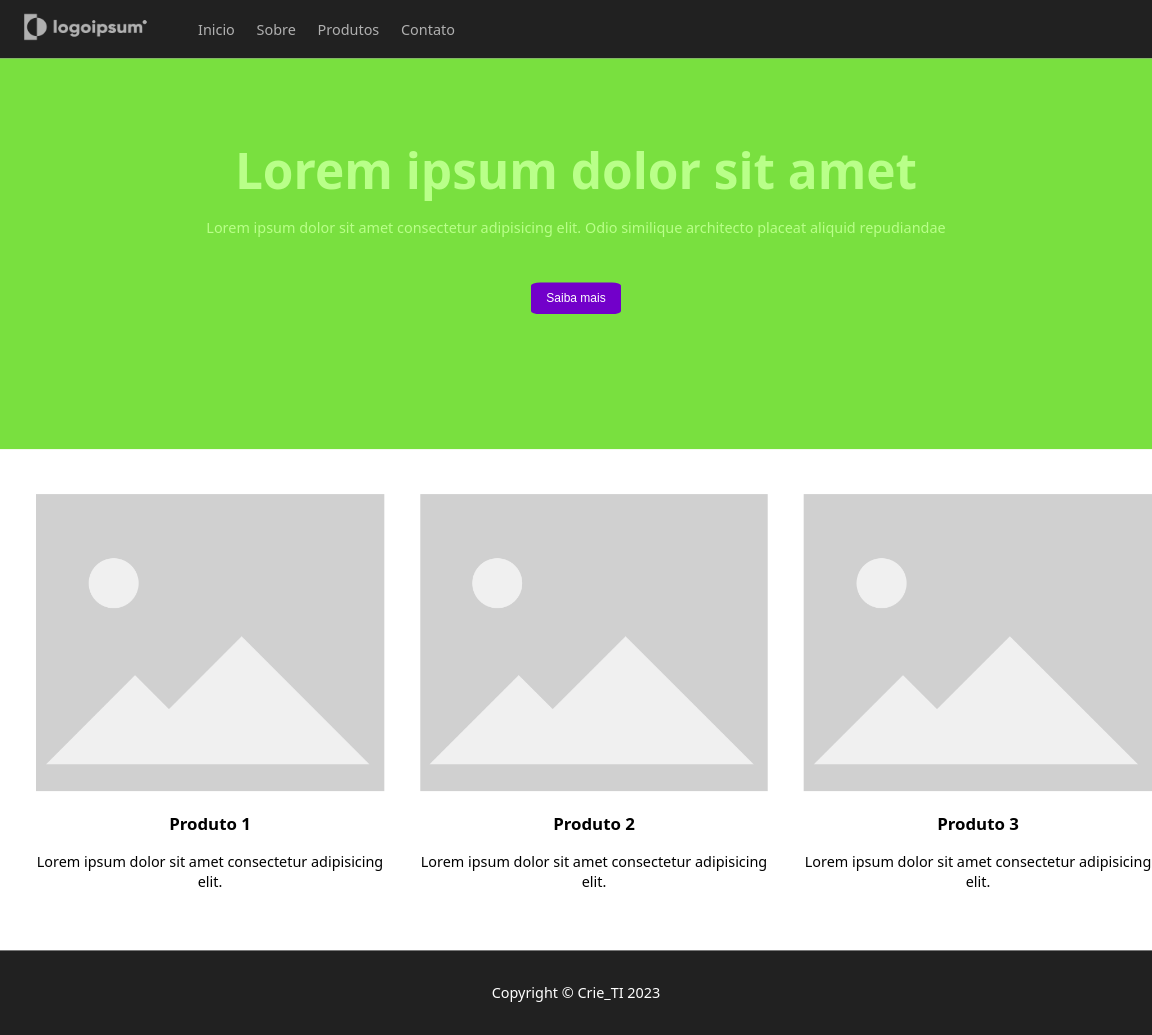
Repository: Carolden/SiteCrie_Ti
Page: index.html
The author's editor kept a copy of each file at every save. The page is drawn from the files as they stood at one save, then again after the next save.
The browser window is 1280 px wide. The pictures show the whole page, at 90% of full size.

Above is the page before, as saved 2023-04-23 21:25:13.

### index.html
<!DOCTYPE html>
<html lang="pt-BR">
<head>
    <meta charset="UTF-8">
    <meta http-equiv="X-UA-Compatible" content="IE=edge">
    <meta name="viewport" content="width=device-width, initial-scale=1.0">
    <title>Document</title>
    <link rel="stylesheet" type="text/css" href="index.css" media="screen" />
</head>
<body>

    <header>
        <div>
            <img src="images/logo.png" alt="logo" class="logo">
        </div>
        <nav>
            <a href="inicio">Inicio</a>
            <a href="sobre">Sobre</a>
            <a href="produtos">Produtos</a>
            <a href="contato">Contato</a>
        </nav>
    </header>

    <main>

    <section class="banner">
        <h1>Lorem ipsum dolor sit amet</h1>
        <p>Lorem ipsum dolor sit amet consectetur adipisicing elit. Odio similique architecto placeat aliquid repudiandae</p>
        <button>Saiba mais</button>
    </section>

    <section class="produtos">
        <div class="row">
            <div class="column">
                <img src="images/placeholder.png" alt="imagem1">
                <h3>Produto 1</h3>
                <p>Lorem ipsum dolor sit amet consectetur adipisicing elit.</p>
            </div>

            <div class="column">
                <img src="images/placeholder.png" alt="imagem2">
                <h3>Produto 2</h3>
                <p>Lorem ipsum dolor sit amet consectetur adipisicing elit.</p>
            </div>

            <div class="column">
                <img src="images/placeholder.png" alt="imagem3">
                <h3>Produto 3</h3>
                <p>Lorem ipsum dolor sit amet consectetur adipisicing elit.</p>
            </div>
        </div>
    </section>

    <footer>
        <div>
            <p> Copyright © Crie_TI 2023</p>
        </div>
    </footer>



    </main>





</body>
</html>

### index.css
body {
    border: 0;
    margin: 0;
    padding: 0;
    font-family: system-ui, -apple-system, BlinkMacSystemFont, 'Segoe UI', Roboto, Oxygen, Ubuntu, Cantarell, 'Open Sans', 'Helvetica Neue', sans-serif;
}


header {
    background-color: #212121;
    display: flex;
    align-items: center;
    width: 100%;
    top: 0;
    padding-left: 20px;
    padding-right: 20px;
    box-sizing: border-box;
}

header nav a {
    color: #B0B0B0;
    text-decoration: none;
    padding: 10px;

}

.logo {
    width: 150px;
    height: 60px;
    padding-right: 40px;
}

.banner {
    background-color: rgb(121, 224, 63);
    color: rgb(185, 255, 137);
    text-align: center;
    padding-top: 40px;
    padding-bottom: 150px;


}

button {
    background-color: rgb(114, 0, 202);
    color: #ffffff;
    text-align: center;
    padding: 10px;
    padding-left: 17px;
    padding-right: 17px;
    border-radius: 10%;
    border-style: hidden    ;
}

.banner h1 {
    font-size: 55px;
    margin-bottom: -30px;
}

.banner p {
    padding-bottom: 50px;
    padding-top: 30px;
    margin-bottom: 0px;
}

.produtos {
    display: flex;
    padding-bottom: 50px;

}


.row {
    display: flex;
    /* margin-left: 150px; */
    text-align: center;

}


.column {
    width: 100%;
    margin-left: 40px;
    margin-top: 50px;


}


.column img {
    width: 100%;
    height: 330px;
    object-fit: cover;
}

footer {
    background-color: #212121;
    color: white;
    padding: 20px;
    text-align: center;
}

After the next save:
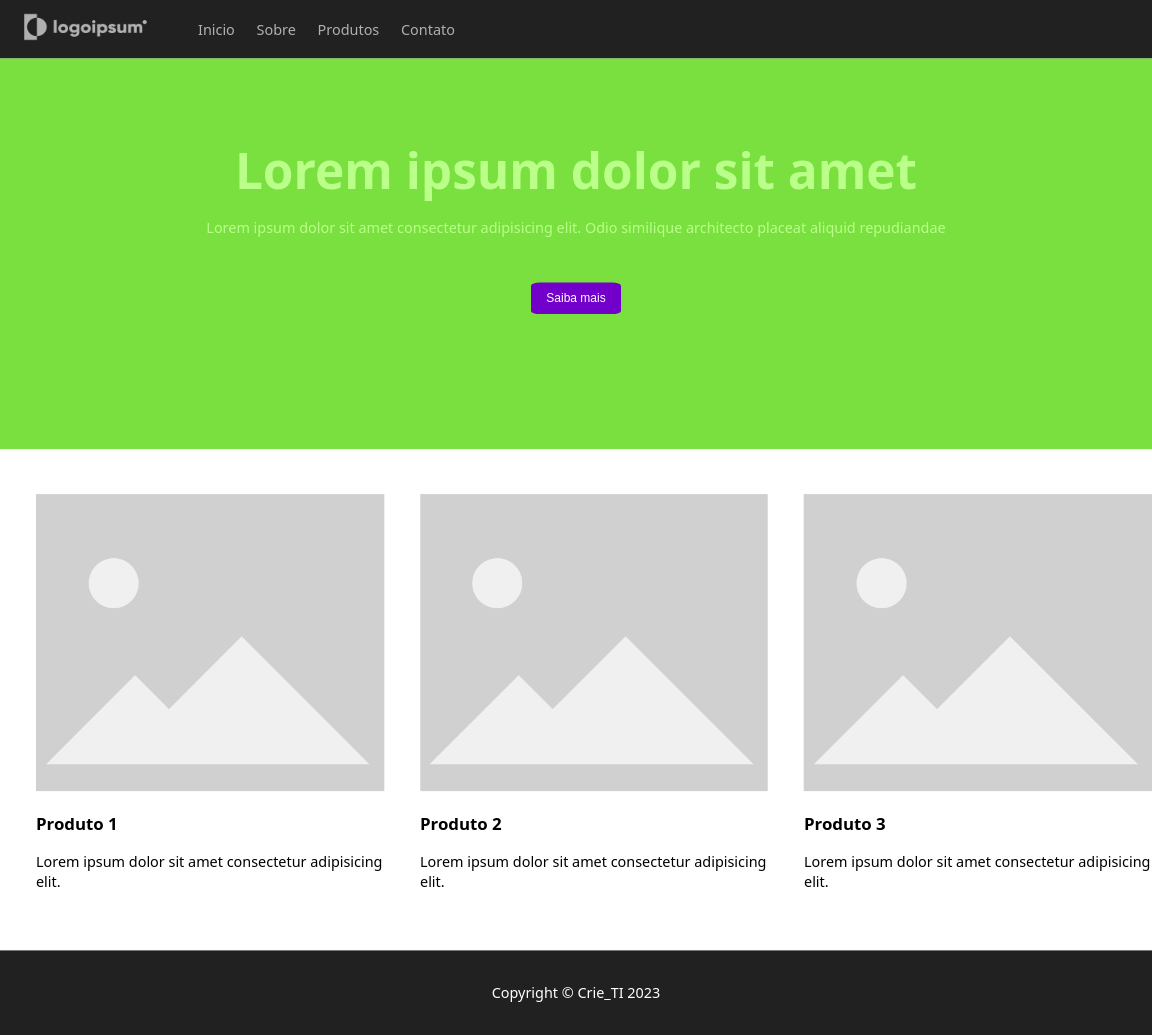
Saved 15 s later.
--- a/index.css
+++ b/index.css
@@ -72,7 +72,7 @@ button {
 .row {
     display: flex;
     /* margin-left: 150px; */
-    text-align: center;
+
 
 }
 
@@ -90,6 +90,7 @@ button {
     width: 100%;
     height: 330px;
     object-fit: cover;
+    text-align: center;
 }
 
 footer {

After the save that followed:
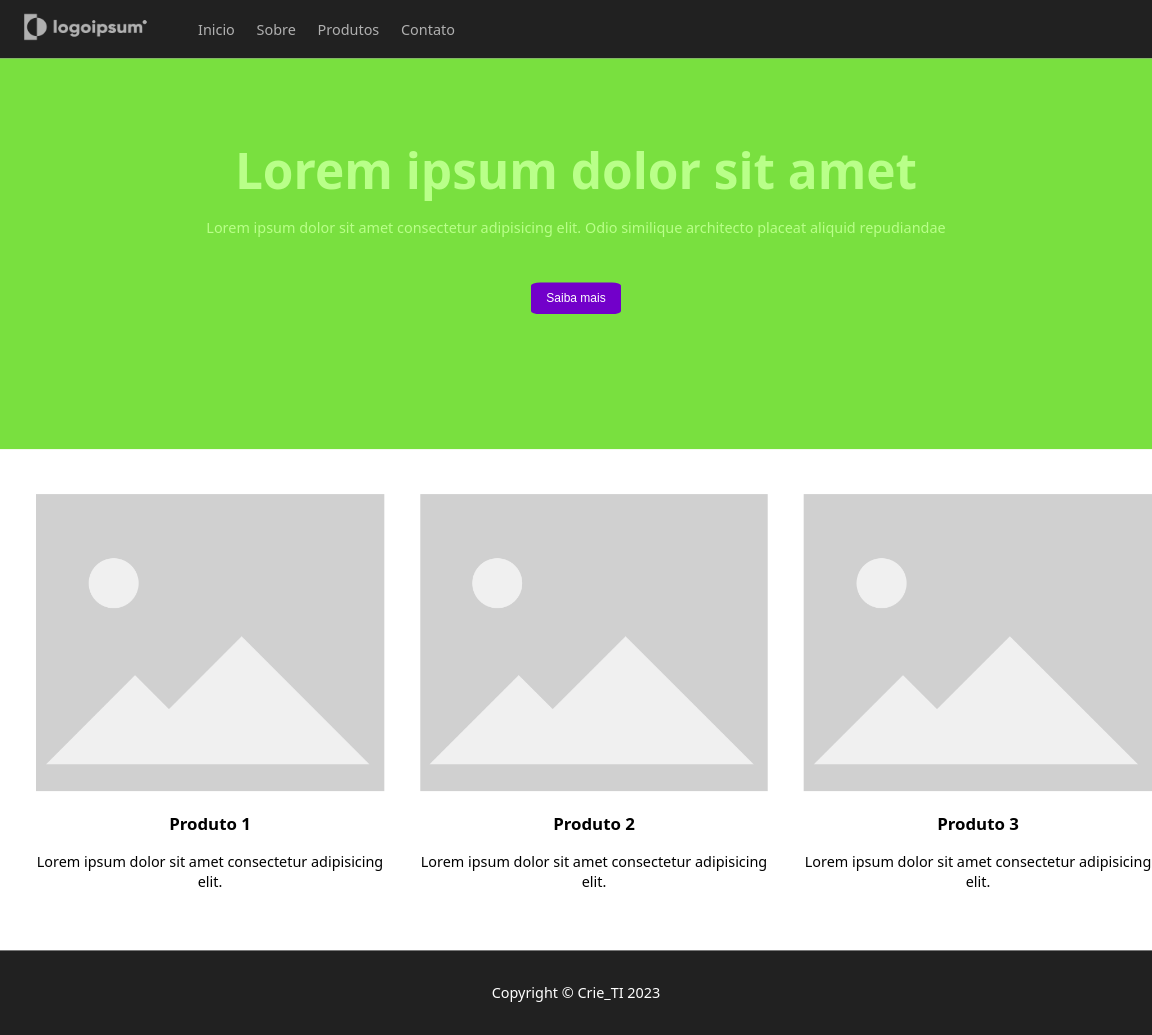
Saved 80 s later.
--- a/index.css
+++ b/index.css
@@ -65,6 +65,7 @@ button {
 .produtos {
     display: flex;
     padding-bottom: 50px;
+    text-align: center;
 
 }
 
